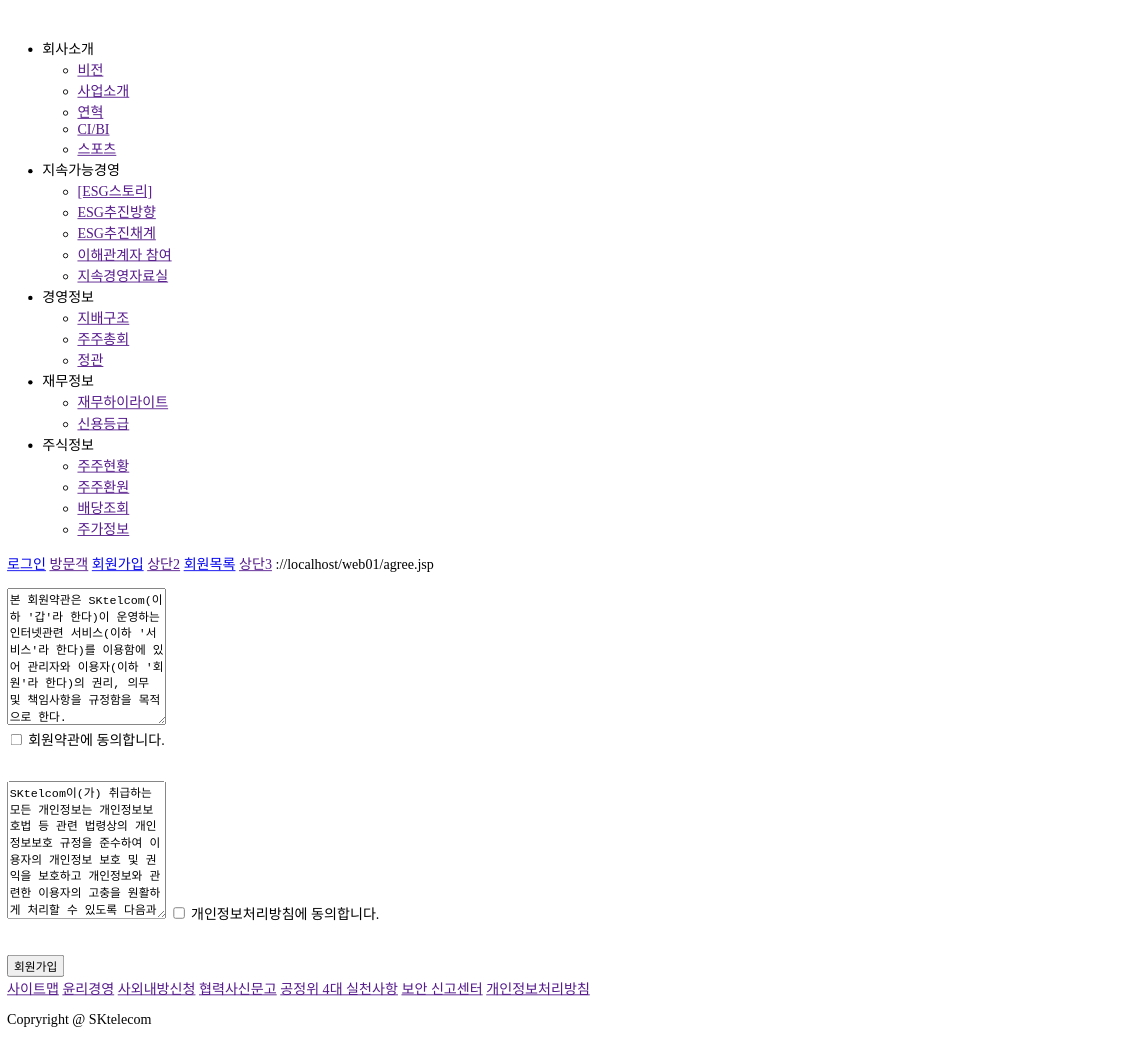
Repository: star-min/jsp_basic
Page: http://localhost/web01/agree.jsp
These files come from the project's save history. The page is drawn as it stood at one moment and after the next save; the edit follows.
The browser window is 1280 px wide. The pictures show the whole page, at 88% of full size.
The page is served by Tomcat 9.

Above is the page before, as saved 2022-04-27 05:50:19.

### jsp1/web01/src/main/webapp/agree.jsp
<%@ page language="java" contentType="text/html; charset=UTF-8"
    pageEncoding="UTF-8"%>
<!DOCTYPE html>
<html>
<head>
<meta charset="UTF-8">
<title>회원 약관 및 동의</title>
</head>
<body>
<header id="hd">
	<div class="hd_wrap">
		<%@ include file="nav.jsp" %>
	</div>
</header>
<textarea rows="10" cols="20" readonly >본 회원약관은 SKtelcom(이하 '갑'라 한다)이 운영하는 인터넷관련 서비스(이하 '서비스'라 한다)를 이용함에 있어 관리자와 이용자(이하 '회원'라 한다)의 권리, 의무 및 책임사항을 규정함을 목적으로 한다.
</textarea><br>
<input type="checkbox" name="ck1" id="ck1"> 회원약관에 동의합니다.
<br><br><br>
<textarea rows="10" cols="20" readonly>SKtelcom이(가) 취급하는 모든 개인정보는 개인정보보호법 등 관련 법령상의 개인정보보호 규정을 준수하여 이용자의 개인정보 보호 및 권익을 보호하고 개인정보와 관련한 이용자의 고충을 원활하게 처리할 수 있도록 다음과 같은 처리방침을 두고 있습니다.</textarea>
<input type="checkbox" name="ck2" id="ck2"> 개인정보처리방침에 동의합니다.
<br><br><br>
<button id="btn1" onclick="fnc1()">회원가입</button>
<script type="text/javascript">
	function fnc1(){
		var ck1 = document.getElementById("ck1");
		var ck2 = document.getElementById("ck2");
		if(ck1.checked && ck2.checked) {
			location.href = "join.jsp";
			return false;
		} else {
			alert("약관에 동의하지 않으셨습니다.");
			return false;
		}
	}
</script>
<footer id="ft">
	<%@ include file="ft.jsp" %>
</footer>
</body>
</html>

### jsp1/web01/src/main/webapp/nav.jsp
<%@ page language="java" contentType="text/html; charset=UTF-8"
    pageEncoding="UTF-8"%>
<%@ page import="java.sql.*" %>
<%		// <% = 스크립트릿(scriptlet)
	String[] dp1 = {"회사소개","지속가능경영","경영정보","재무정보","주식정보"};
	String[][] dp2 = {{"비전","사업소개","연혁","CI/BI","스포츠"},
			{"[ESG스토리]","ESG추진방향","ESG추진채계","이해관계자 참여","지속경영자료실"},
			{"지배구조", "주주총회","정관"},
			{"재무하이라이트","신용등급"},
			{"주주현황","주주환원","배당조회","주가정보"}
	};

%>
<%--    	 <%= 표현식(expression)%>		 --%>
<a class="Logo" herf="index.jsp"><img alt="" src=""></a>
<nav id="gnb">
	<ul>
	<% for(int i=0;i<dp1.length;i++){ %>
		<li>
			<span class="dp1"><%=dp1[i]%></span>
			<ul class="sub">
			<% for(int j=0;j<dp2[i].length;j++){ %>
				<li><a class="dp2" href=""><%= dp2[i][j] %></a></li>
			<%} %>
			</ul>
		</li>
	<% } %>
	</ul>
</nav>
<p id="tnb">
	<%
		String sid = (String) session.getAttribute("uid");
		String sname = (String) session.getAttribute("name");
		if(sid == null){
	%>
	<a href="login.jsp">로그인</a>
	<a href="">방문객</a>
	<a href="agree.jsp">회원가입</a>
	<%
		} else {
	%>
	<a href="logout.jsp">로그아웃</a>
	<a href="mypage.jsp"><%=sname%></a>
	<% } %>
	<a href="">상단2</a>
	<a href="memberList.jsp">회원목록</a>
	<a href="">상단3</a>
<span id="msg_a"></span>
</p>
<script>
	//주소 입력줄로 받은 msg를 받아 출력하는 부분임
	var url = location.href;  //url입력줄의 메시지를 포함한 주소를 저장
	var pos = url.indexOf("?msg=");
	var msg = url.substr(pos+5); //메시지만 추출
	var msg_a = document.getElementById("msg_a"); //해당 msg_a 아이디 요소 선택
	msg_a.innerHTML = msg;
	//msg_a.innerHTML = decodeURI(msg);
	if(pos>0) {
		if(msg!=""){
			alert(msg);
		}
	}
</script>

### jsp1/web01/src/main/webapp/ft.jsp
<%@ page language="java" contentType="text/html; charset=UTF-8"
    pageEncoding="UTF-8"%>

    <%
    	String[] fnb = {"사이트맵","윤리경영","사외내방신청","협력사신문고","공정위 4대 실천사항","보안 신고센터","개인정보처리방침"};
    	String[] sub = {"페이스북","유튜브","네이버 포스트"};
    	String[] iclass = {"xi-facebook","xi-youtube-play","xi=naver"};
    %>
    <div class="ft_wrap">
    	<nav class="fnb">
    		<% for(int i=0;i<fnb.length;i++){ %>
    			<a href=""><%= fnb[i] %></a>
    		<% } %>

    		<p class="copyright"> Copryright @ SKtelecom </p>
    	</nav>
    </div>

After the next save:
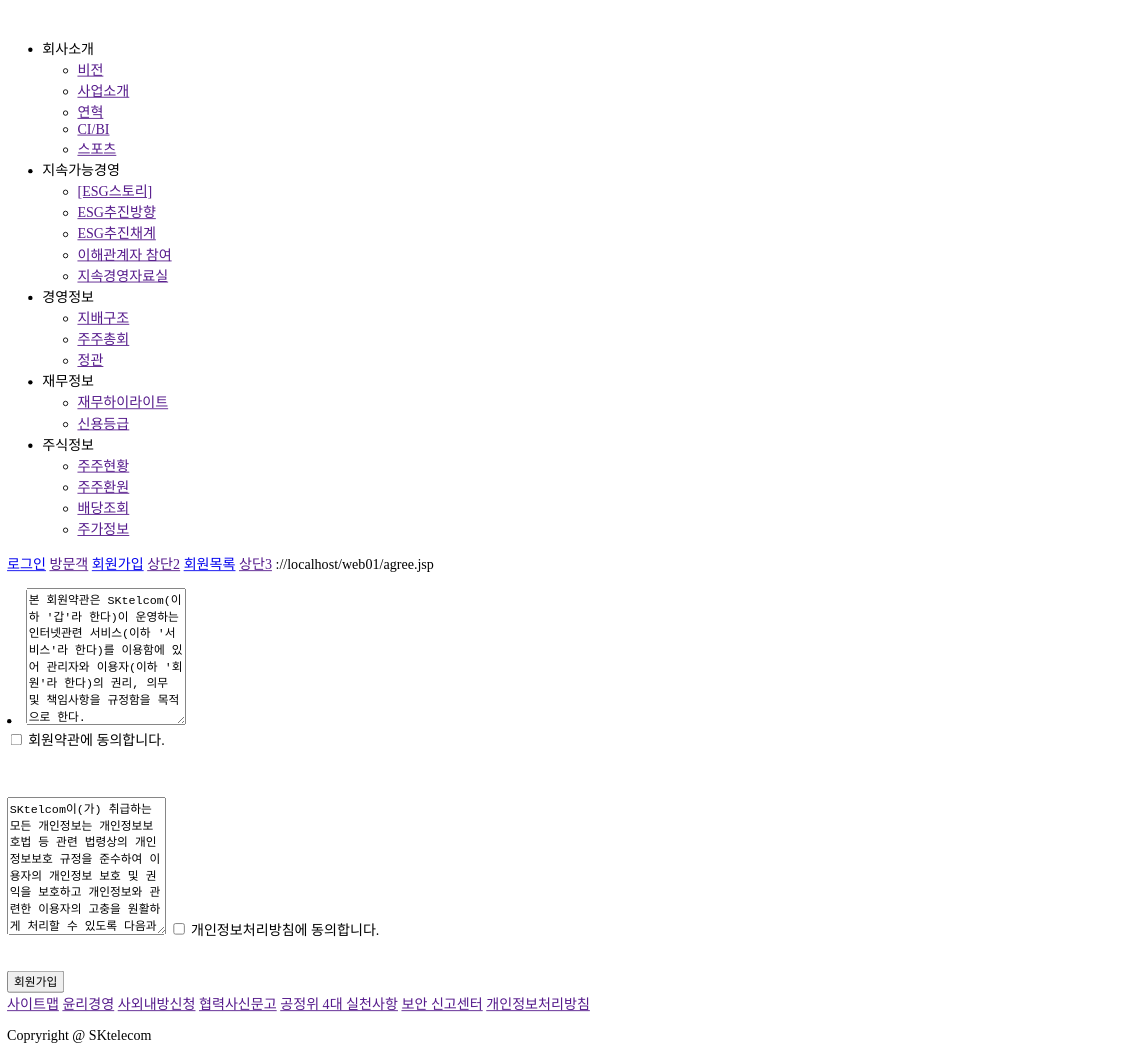
Saved 2 min 1 s later.
--- a/jsp1/web01/src/main/webapp/agree.jsp
+++ b/jsp1/web01/src/main/webapp/agree.jsp
@@ -12,10 +12,11 @@
 		<%@ include file="nav.jsp" %>
 	</div>
 </header>
+<li>
 <textarea rows="10" cols="20" readonly >본 회원약관은 SKtelcom(이하 '갑'라 한다)이 운영하는 인터넷관련 서비스(이하 '서비스'라 한다)를 이용함에 있어 관리자와 이용자(이하 '회원'라 한다)의 권리, 의무 및 책임사항을 규정함을 목적으로 한다.
 </textarea><br>
 <input type="checkbox" name="ck1" id="ck1"> 회원약관에 동의합니다.
-<br><br><br>
+</li><br><br><br>
 <textarea rows="10" cols="20" readonly>SKtelcom이(가) 취급하는 모든 개인정보는 개인정보보호법 등 관련 법령상의 개인정보보호 규정을 준수하여 이용자의 개인정보 보호 및 권익을 보호하고 개인정보와 관련한 이용자의 고충을 원활하게 처리할 수 있도록 다음과 같은 처리방침을 두고 있습니다.</textarea>
 <input type="checkbox" name="ck2" id="ck2"> 개인정보처리방침에 동의합니다.
 <br><br><br>
